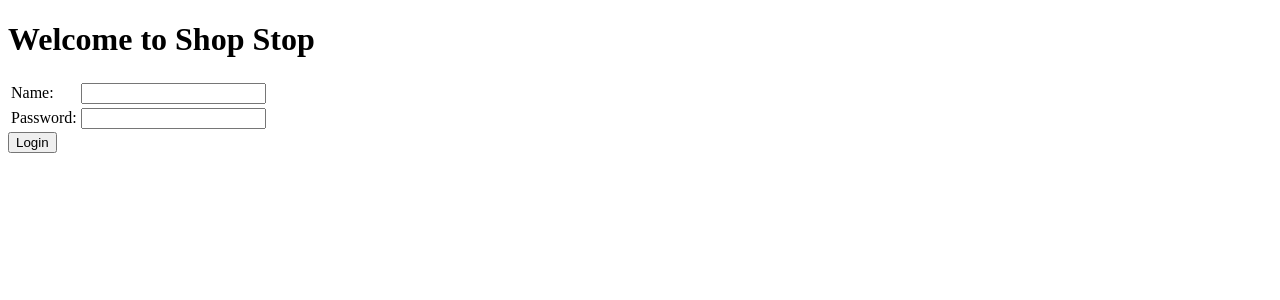
Repository: Sarvada12/Javascript
Page: eclipse/ShopStop/src/main/webapp/login.html
An editor plug-in stored every save of this project. The page is shown before and after the next save, followed by the edit.
The browser window is 1280 px wide. The pictures show the whole page.

Above is the page before, as saved 2021-11-30 05:39:04.

### eclipse/ShopStop/src/main/webapp/login.html
<!DOCTYPE html>
<html>
<head>
<meta charset="ISO-8859-1">
<title>Shop Stop -Login</title>
</head>
<body>
<h1>Welcome to Shop Stop</h1>


<form action="Login" method="post">
<table>
<tr>
<td>Name:</td>
<td><input type="text" name="userName"></td>
</tr>

<tr>
<td>Password:</td>
<td><input type="password" name="userPassword"></td>
</tr>

</table>



<input type="submit" value="Login">
</form>

</body>
</html>

After the next save:
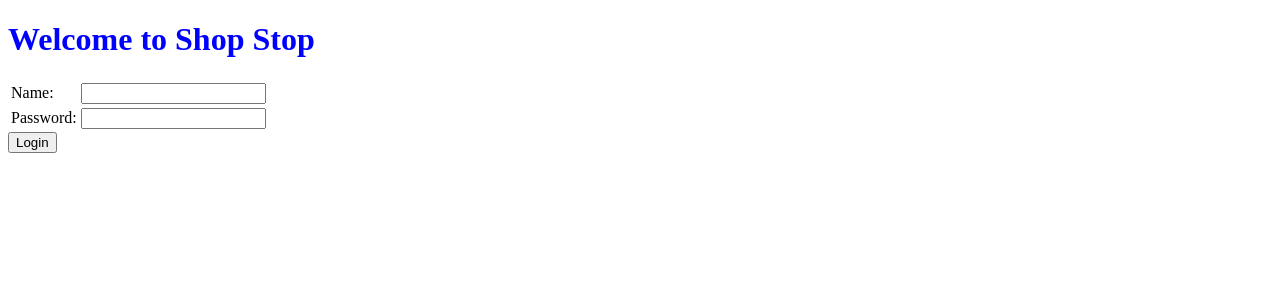
Saved 41 min 35 s later.
--- a/eclipse/ShopStop/src/main/webapp/login.html
+++ b/eclipse/ShopStop/src/main/webapp/login.html
@@ -3,6 +3,9 @@
 <head>
 <meta charset="ISO-8859-1">
 <title>Shop Stop -Login</title>
+<style>
+h1{color:blue}
+</style>
 </head>
 <body>
 <h1>Welcome to Shop Stop</h1>
